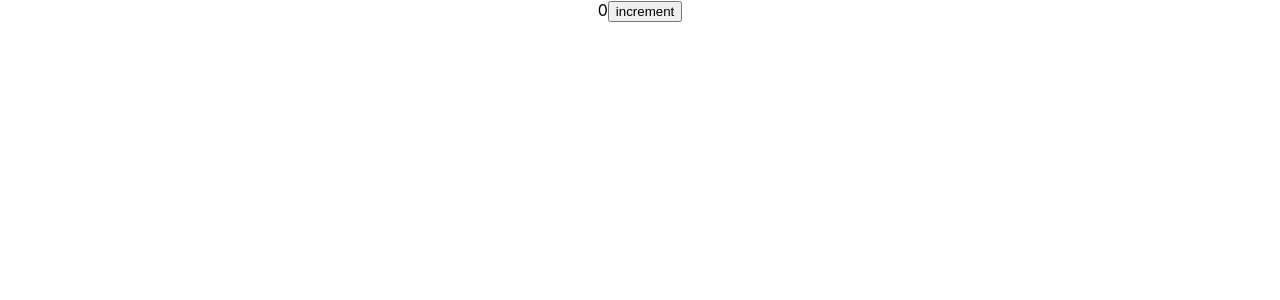
Repository: alexveremis/ReactWithRestAPI
Page: /
An editor plug-in stored every save of this project. The page is shown before and after the next save, followed by the edit.
The browser window is 1280 px wide. The pictures show the whole page.
The project was rebuilt for these pictures with package versions that can differ from the ones it lists, and the page was loaded fresh each time.

Above is the page before, as saved 2023-11-01 14:53:57.

After the next save:
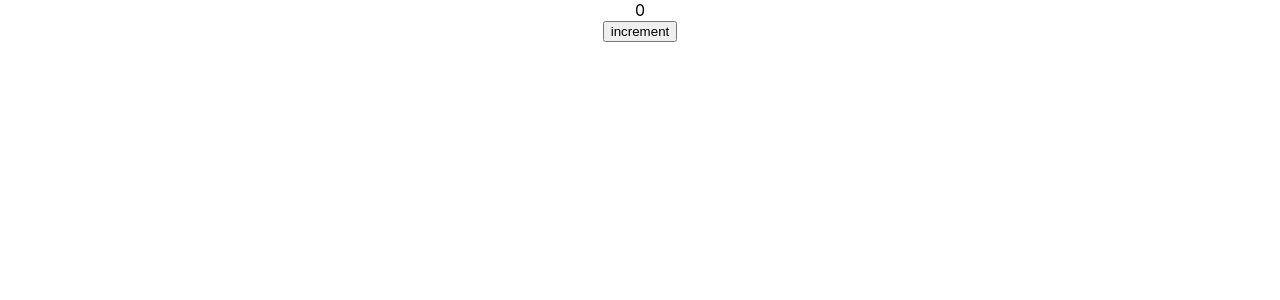
Saved 3 min 26 s later.
--- a/src/components/counter/Counter.jsx
+++ b/src/components/counter/Counter.jsx
@@ -8,8 +8,9 @@ export default function Counter() {
     return (
         <div className="Counter">
             <span className="count">0</span>
-            <button className="counterButton" onClick={incrementCounterFunction}>increment</button>
-
+            <div>
+                <button className="counterButton" onClick={incrementCounterFunction}>increment</button>
+            </div>
         </div>
     )
 
